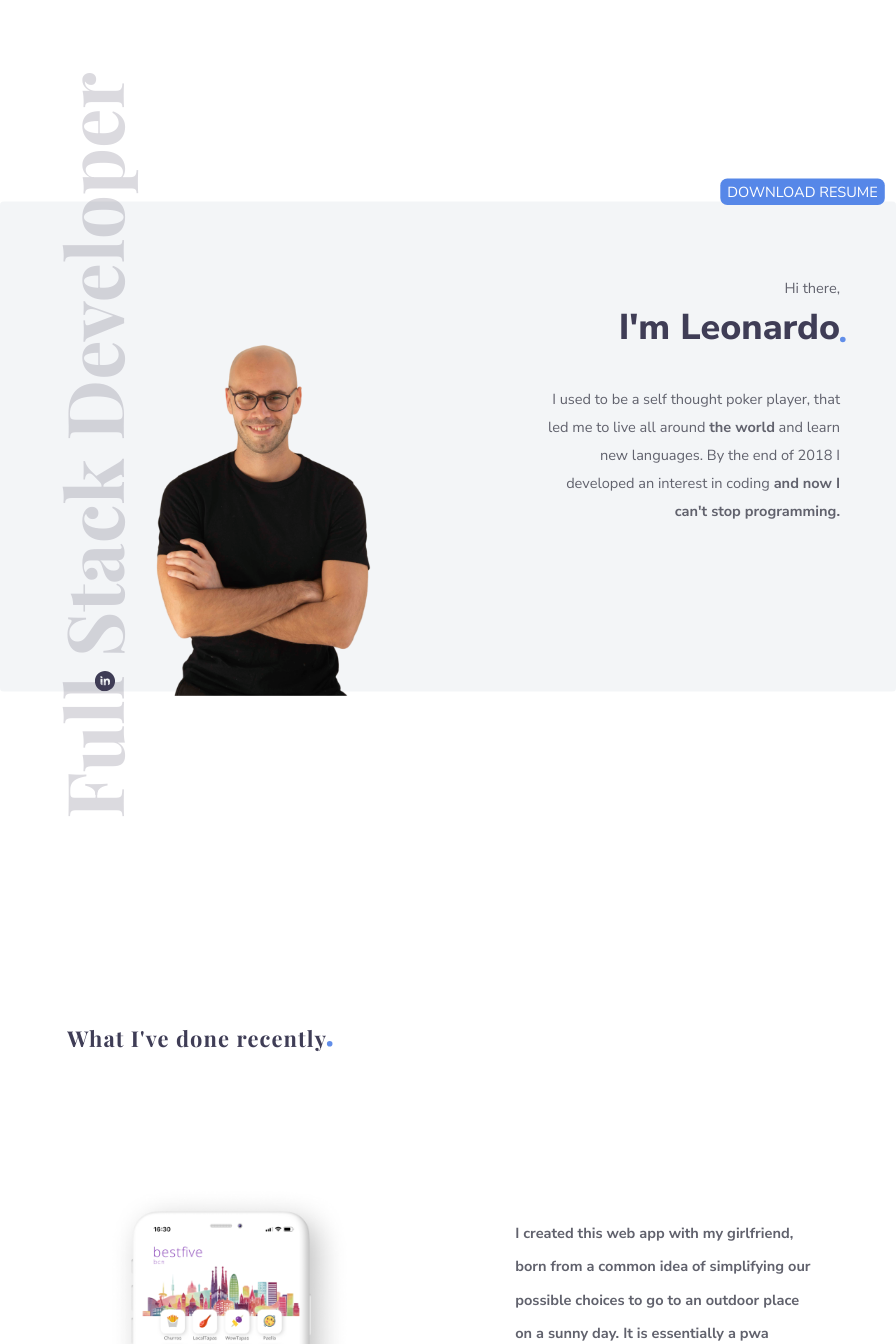
Repository: Easaaa/Portfolio-2020
Page: index.html
The author's editor kept a copy of each file at every save. The page is drawn from the files as they stood at one save, then again after the next save.
The browser window is 1280 px wide. The pictures show the part of the page from y = 0 to 1920 px (the page is 7573 px tall before and 7567 px after), at 70% of full size.
The style sheet was rebuilt from its Sass, Less or Tailwind sources for each picture, by a compiler version that may differ from the author's.

Above is the page before, as saved 2020-02-28 13:41:37.

After the next save:
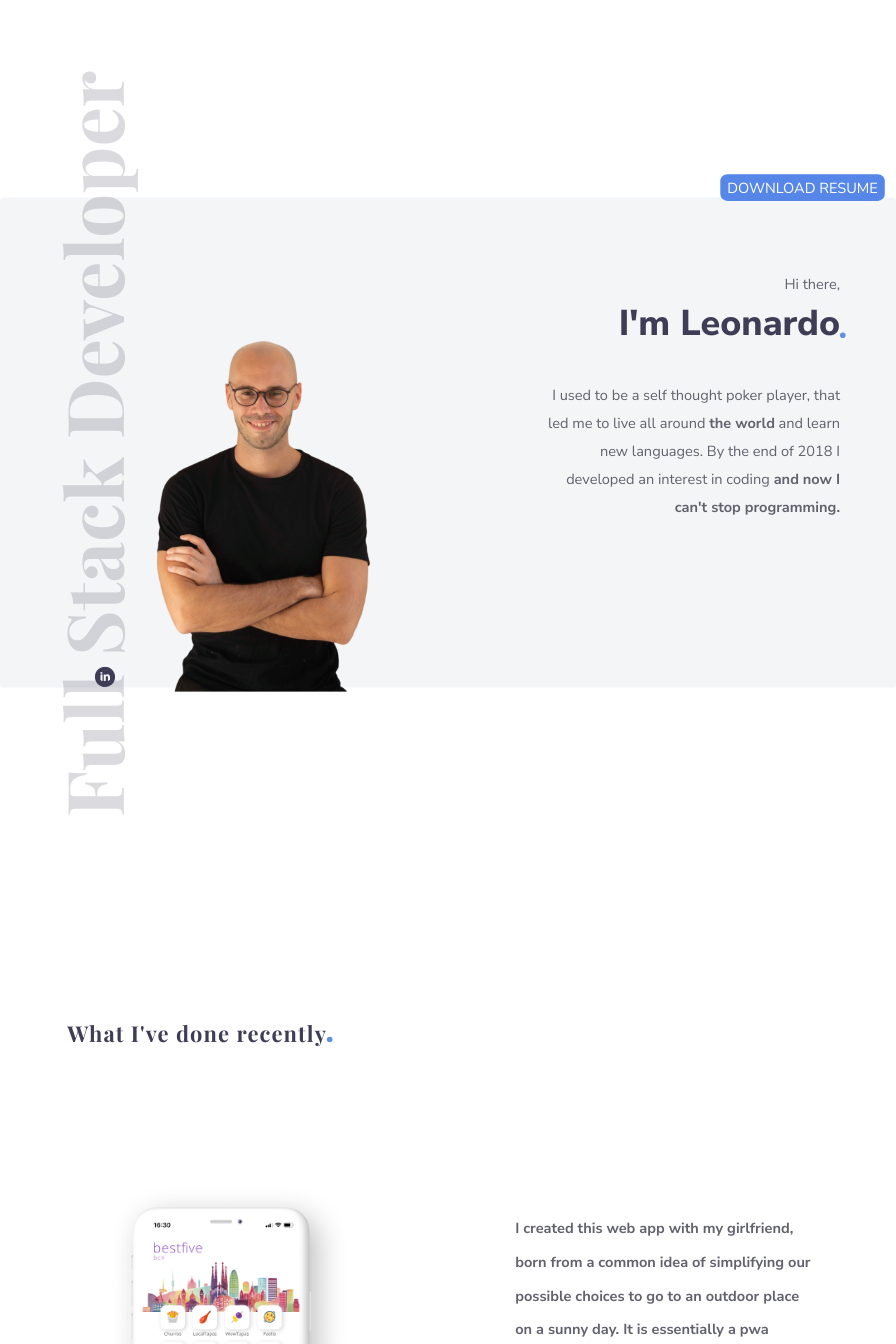
Saved 4 s later.
--- a/stylesheets/scss/main.scss
+++ b/stylesheets/scss/main.scss
@@ -102,7 +102,7 @@
     }
 
     .resume-btn {
-      padding-top: 10px;
+      padding-top: 4px;
 
       a {
         background-color: #5687E8;
